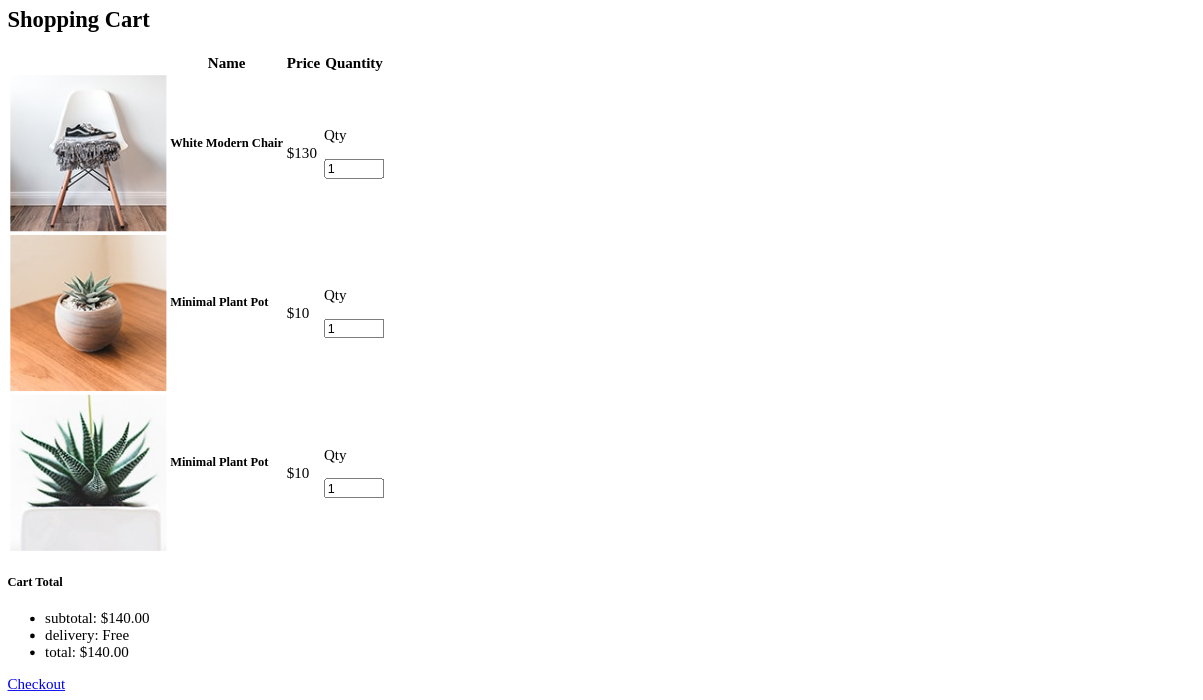
Repository: robbietaek/Java_Spring_Framework_Study
Page: http://localhost/team/WEB-INF/user/cart.jsp
An editor plug-in stored every save of this project. The page is shown before and after the next save, followed by the edit.
The browser window is 1280 px wide. The pictures show the whole page, at 94% of full size.
The page is served by Tomcat 9. Nobody is signed in. Other server files are loaded and not shown. The template is opened directly, without the code that normally fills it, so the values that code supplies are empty.

Above is the page before, as saved 2019-12-29 11:41:11.

### team/src/main/webapp/WEB-INF/user/cart.jsp
<%@ page language="java" contentType="text/html; charset=UTF-8"
    pageEncoding="UTF-8"%>
<c:set var="path" value="${pageContext.request.contextPath}" />
<!DOCTYPE html>
<html lang="en">

<head>
    <title>카트</title>
</head>

<body>
        <div class="cart-table-area section-padding-100">
            <div class="container-fluid">
                <div class="row">
                    <div class="col-12 col-lg-8">
                        <div class="cart-title mt-50">
                            <h2>Shopping Cart</h2>
                        </div>

                        <div class="cart-table clearfix">
                            <table class="table table-responsive">
                                <thead>
                                    <tr>
                                        <th></th>
                                        <th>Name</th>
                                        <th>Price</th>
                                        <th>Quantity</th>
                                    </tr>
                                </thead>
                                <tbody>
                                    <tr>
                                        <td class="cart_product_img">
                                            <a href="#"><img src="img/bg-img/cart1.jpg" alt="Product"></a>
                                        </td>
                                        <td class="cart_product_desc">
                                            <h5>White Modern Chair</h5>
                                        </td>
                                        <td class="price">
                                            <span>$130</span>
                                        </td>
                                        <td class="qty">
                                            <div class="qty-btn d-flex">
                                                <p>Qty</p>
                                                <div class="quantity">
                                                    <span class="qty-minus" onclick="var effect = document.getElementById('qty'); var qty = effect.value; if( !isNaN( qty ) &amp;&amp; qty &gt; 1 ) effect.value--;return false;"><i class="fa fa-minus" aria-hidden="true"></i></span>
                                                    <input type="number" class="qty-text" id="qty" step="1" min="1" max="300" name="quantity" value="1">
                                                    <span class="qty-plus" onclick="var effect = document.getElementById('qty'); var qty = effect.value; if( !isNaN( qty )) effect.value++;return false;"><i class="fa fa-plus" aria-hidden="true"></i></span>
                                                </div>
                                            </div>
                                        </td>
                                    </tr>
                                    <tr>
                                        <td class="cart_product_img">
                                            <a href="#"><img src="img/bg-img/cart2.jpg" alt="Product"></a>
                                        </td>
                                        <td class="cart_product_desc">
                                            <h5>Minimal Plant Pot</h5>
                                        </td>
                                        <td class="price">
                                            <span>$10</span>
                                        </td>
                                        <td class="qty">
                                            <div class="qty-btn d-flex">
                                                <p>Qty</p>
                                                <div class="quantity">
                                                    <span class="qty-minus" onclick="var effect = document.getElementById('qty2'); var qty = effect.value; if( !isNaN( qty ) &amp;&amp; qty &gt; 1 ) effect.value--;return false;"><i class="fa fa-minus" aria-hidden="true"></i></span>
                                                    <input type="number" class="qty-text" id="qty2" step="1" min="1" max="300" name="quantity" value="1">
                                                    <span class="qty-plus" onclick="var effect = document.getElementById('qty2'); var qty = effect.value; if( !isNaN( qty )) effect.value++;return false;"><i class="fa fa-plus" aria-hidden="true"></i></span>
                                                </div>
                                            </div>
                                        </td>
                                    </tr>
                                    <tr>
                                        <td class="cart_product_img">
                                            <a href="#"><img src="img/bg-img/cart3.jpg" alt="Product"></a>
                                        </td>
                                        <td class="cart_product_desc">
                                            <h5>Minimal Plant Pot</h5>
                                        </td>
                                        <td class="price">
                                            <span>$10</span>
                                        </td>
                                        <td class="qty">
                                            <div class="qty-btn d-flex">
                                                <p>Qty</p>
                                                <div class="quantity">
                                                    <span class="qty-minus" onclick="var effect = document.getElementById('qty3'); var qty = effect.value; if( !isNaN( qty ) &amp;&amp; qty &gt; 1 ) effect.value--;return false;"><i class="fa fa-minus" aria-hidden="true"></i></span>
                                                    <input type="number" class="qty-text" id="qty3" step="1" min="1" max="300" name="quantity" value="1">
                                                    <span class="qty-plus" onclick="var effect = document.getElementById('qty3'); var qty = effect.value; if( !isNaN( qty )) effect.value++;return false;"><i class="fa fa-plus" aria-hidden="true"></i></span>
                                                </div>
                                            </div>
                                        </td>
                                    </tr>
                                </tbody>
                            </table>
                        </div>
                    </div>
                    <div class="col-12 col-lg-4">
                        <div class="cart-summary">
                            <h5>Cart Total</h5>
                            <ul class="summary-table">
                                <li><span>subtotal:</span> <span>$140.00</span></li>
                                <li><span>delivery:</span> <span>Free</span></li>
                                <li><span>total:</span> <span>$140.00</span></li>
                            </ul>
                            <div class="cart-btn mt-100">
                                <a href="cart.html" class="btn amado-btn w-100">Checkout</a>
                            </div>
                        </div>
                    </div>
                </div>
            </div>
        </div>
    </div>
    <!-- ##### Main Content Wrapper End ##### -->

</body>

</html>

Loaded but not shown: team/src/main/webapp/style.css (common file); team/src/main/webapp/css/bootstrap.min.css (library); team/src/main/webapp/css/owl.carousel.css (library); team/src/main/webapp/css/animate.css (library); team/src/main/webapp/css/magnific-popup.css (library); team/src/main/webapp/css/jquery-ui.min.css (library); team/src/main/webapp/css/nice-select.css (common file); team/src/main/webapp/css/font-awesome.min.css (library); team/src/main/webapp/css/core-style.css (1400 lines, source omitted)

After the next save:
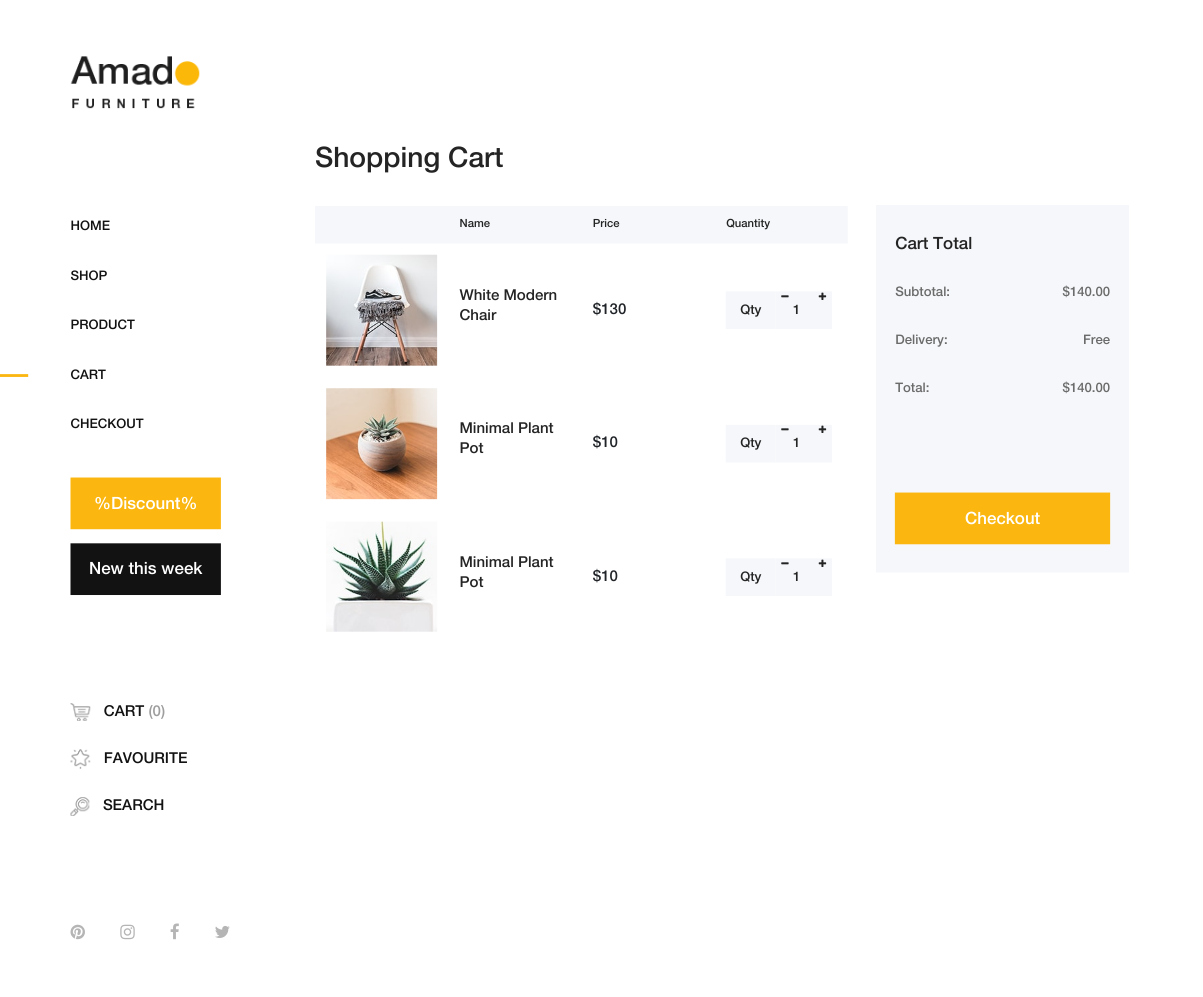
Saved 69 s later.
--- a/team/src/main/webapp/WEB-INF/user/cart.jsp
+++ b/team/src/main/webapp/WEB-INF/user/cart.jsp
@@ -5,10 +5,82 @@
 <html lang="en">
 
 <head>
-    <title>카트</title>
+    <meta charset="UTF-8">
+    <meta name="description" content="">
+    <meta http-equiv="X-UA-Compatible" content="IE=edge">
+    <meta name="viewport" content="width=device-width, initial-scale=1, shrink-to-fit=no">
+    <!-- The above 4 meta tags *must* come first in the head; any other head content must come *after* these tags -->
+
+    <!-- Title  -->
+    <title>Amado - Furniture Ecommerce Template | Cart</title>
+
+    <!-- Favicon  -->
+    <link rel="icon" href="img/core-img/favicon.ico">
+
+    <!-- Core Style CSS -->
+    <link rel="stylesheet" href="css/core-style.css">
+    <link rel="stylesheet" href="style.css">
+
 </head>
 
 <body>
+
+    <!-- ##### Main Content Wrapper Start ##### -->
+    <div class="main-content-wrapper d-flex clearfix">
+
+        <!-- Mobile Nav (max width 767px)-->
+        <div class="mobile-nav">
+            <!-- Navbar Brand -->
+            <div class="amado-navbar-brand">
+                <a href="index.html"><img src="img/core-img/logo.png" alt=""></a>
+            </div>
+            <!-- Navbar Toggler -->
+            <div class="amado-navbar-toggler">
+                <span></span><span></span><span></span>
+            </div>
+        </div>
+
+        <!-- Header Area Start -->
+        <header class="header-area clearfix">
+            <!-- Close Icon -->
+            <div class="nav-close">
+                <i class="fa fa-close" aria-hidden="true"></i>
+            </div>
+            <!-- Logo -->
+            <div class="logo">
+                <a href="index.html"><img src="img/core-img/logo.png" alt=""></a>
+            </div>
+            <!-- Amado Nav -->
+            <nav class="amado-nav">
+                <ul>
+                    <li><a href="index.html">Home</a></li>
+                    <li><a href="shop.html">Shop</a></li>
+                    <li><a href="product-details.html">Product</a></li>
+                    <li class="active"><a href="cart.html">Cart</a></li>
+                    <li><a href="checkout.html">Checkout</a></li>
+                </ul>
+            </nav>
+            <!-- Button Group -->
+            <div class="amado-btn-group mt-30 mb-100">
+                <a href="#" class="btn amado-btn mb-15">%Discount%</a>
+                <a href="#" class="btn amado-btn active">New this week</a>
+            </div>
+            <!-- Cart Menu -->
+            <div class="cart-fav-search mb-100">
+                <a href="cart.html" class="cart-nav"><img src="img/core-img/cart.png" alt=""> Cart <span>(0)</span></a>
+                <a href="#" class="fav-nav"><img src="img/core-img/favorites.png" alt=""> Favourite</a>
+                <a href="#" class="search-nav"><img src="img/core-img/search.png" alt=""> Search</a>
+            </div>
+            <!-- Social Button -->
+            <div class="social-info d-flex justify-content-between">
+                <a href="#"><i class="fa fa-pinterest" aria-hidden="true"></i></a>
+                <a href="#"><i class="fa fa-instagram" aria-hidden="true"></i></a>
+                <a href="#"><i class="fa fa-facebook" aria-hidden="true"></i></a>
+                <a href="#"><i class="fa fa-twitter" aria-hidden="true"></i></a>
+            </div>
+        </header>
+        <!-- Header Area End -->
+
         <div class="cart-table-area section-padding-100">
             <div class="container-fluid">
                 <div class="row">
